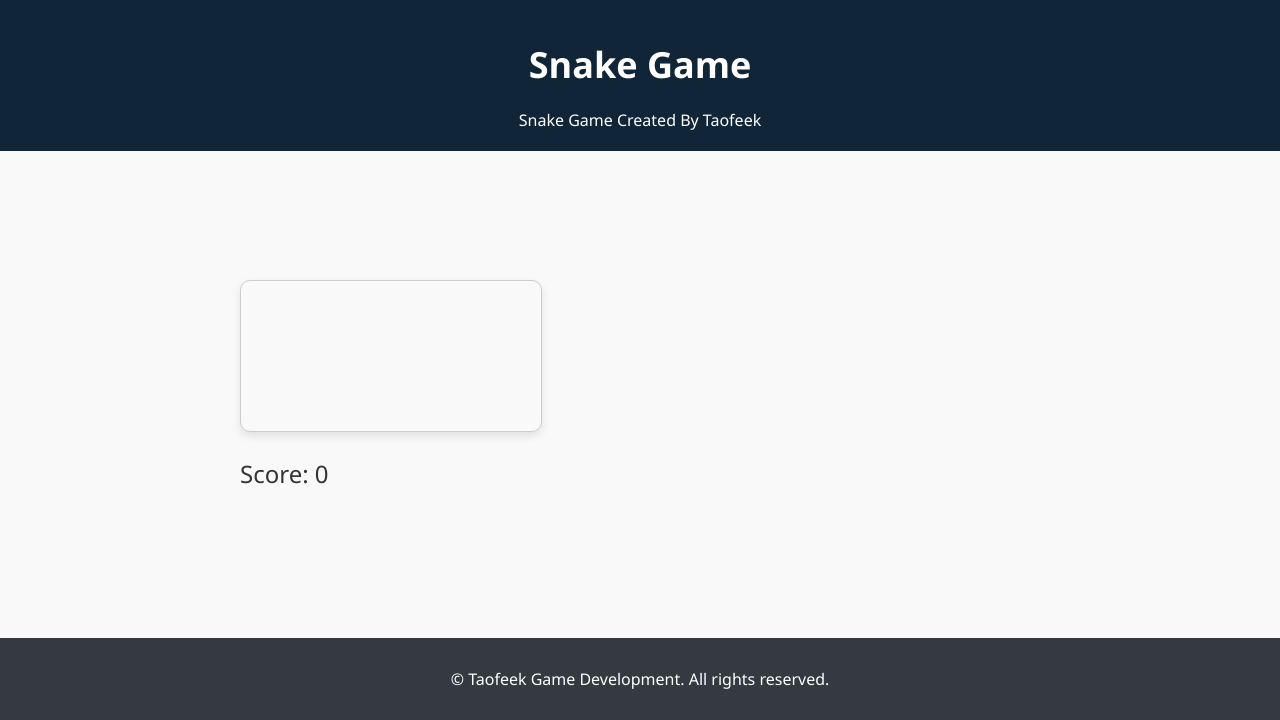
Repository: Taofeekolusola/Landing-page
Page: index.html
An editor plug-in stored every save of this project. The page is shown before and after the next save, followed by the edit.
The browser window is 1280 px wide. The pictures show the whole page.

Above is the page before, as saved 2024-05-06 18:11:25.
Not found: script.js

After the next save:
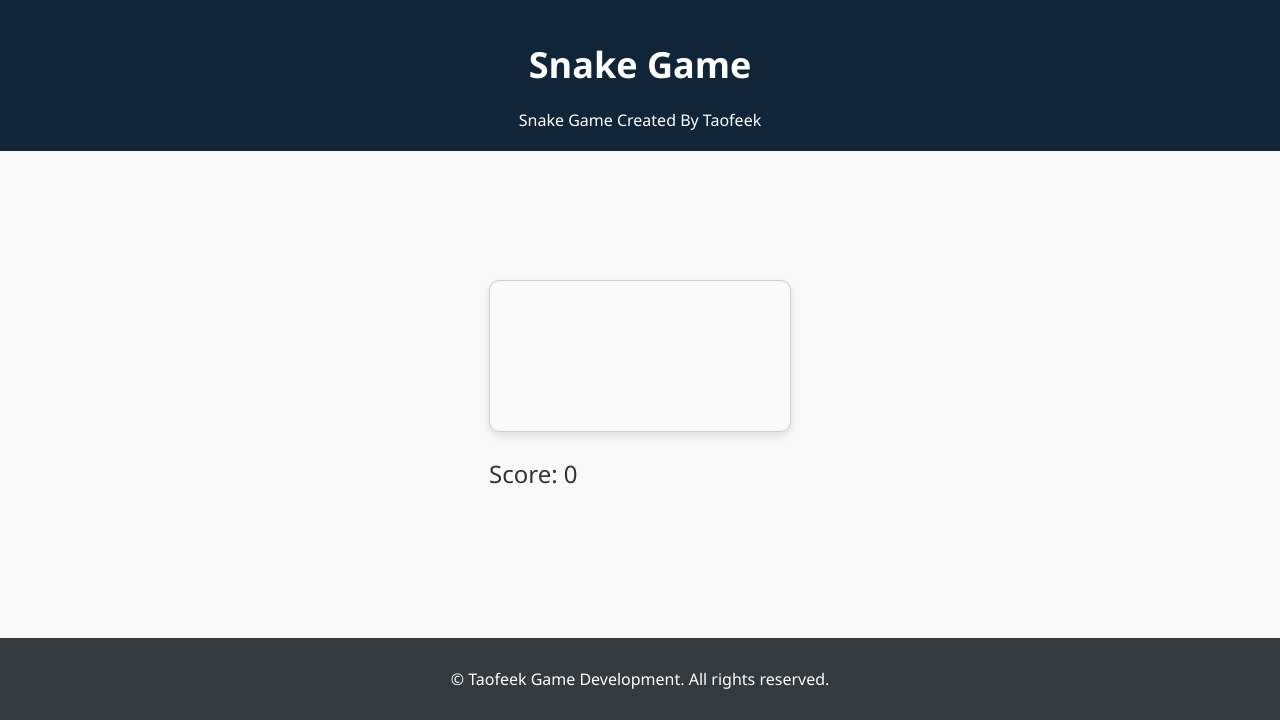
Saved 52 s later.
--- a/index.html
+++ b/index.html
@@ -14,7 +14,7 @@
         <div class="name">Snake Game Created By Taofeek</div>
     </header>
     <main>
-        <div class="container">
+        <div>
             <canvas></canvas>
             <div id="score">Score: 0</div>
         </div>
